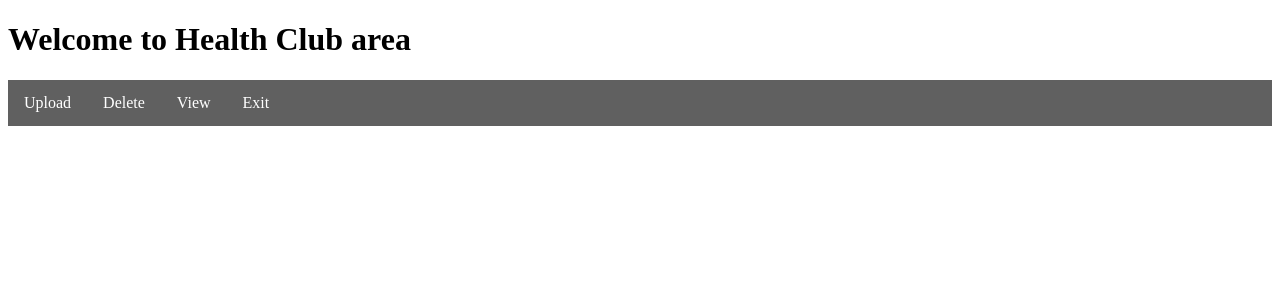
Repository: dmiropol/FitnessMemberTracker
Page: http://localhost/club
An editor plug-in stored every save of this project. The page is shown before and after the next save, followed by the edit.
The browser window is 1280 px wide. The pictures show the whole page.
The page is served by the project's Node server (app.js).

Above is the page before, as saved 2018-11-15 14:49:22.

After the next save:
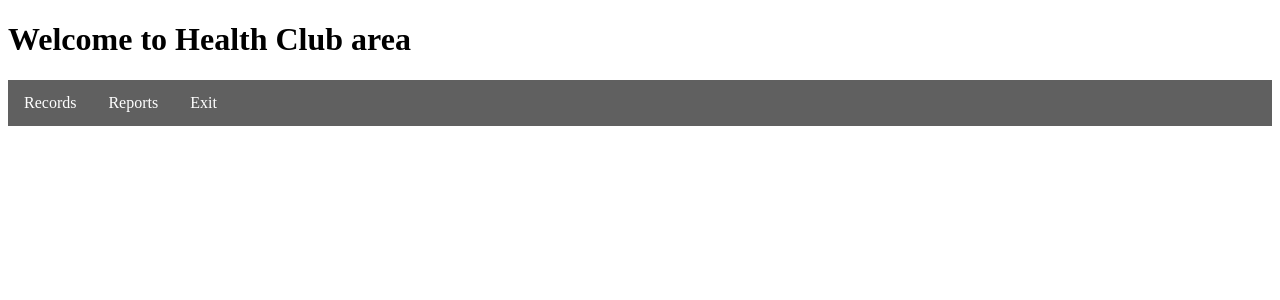
Saved 4 min 38 s later.
--- a/views/nav.ejs
+++ b/views/nav.ejs
@@ -2,23 +2,20 @@
     <nav>
 	<ul>
 	  <li class="dropdown">
-	    <a href="javascript:void(0)" class="dropbtn">Upload</a>
+	    <a href="javascript:void(0)" class="dropbtn">Records</a>
 	    <div class="dropdown-content">
-	      <a href="/upload/records">Records</a>
+	      <a href="/list/records">List</a>
+				<a href="/upload/records">Upload</a>
+				<a href="/delete/records">Delete</a>
 	    </div>
 	  </li>
 
 	  <li class="dropdown">
-	    <a href="javascript:void(0)" class="dropbtn">Delete</a>
+	    <a href="javascript:void(0)" class="dropbtn">Reports</a>
 	    <div class="dropdown-content">
-					<a href="/delete/records">Records</a>
-	    </div>
-	  </li>
-
-	  <li class="dropdown">
-	    <a href="javascript:void(0)" class="dropbtn">View</a>
-	    <div class="dropdown-content">
-	      <a href="/view/reports">Reports</a>
+	      <a href="/view/reports">View</a>
+				<a href="/edit/reports">Edit</a>
+				<a href="/share/reports">Share</a>
 	    </div>
 	  </li>
 		<li><a href="/">Exit</a></li>
